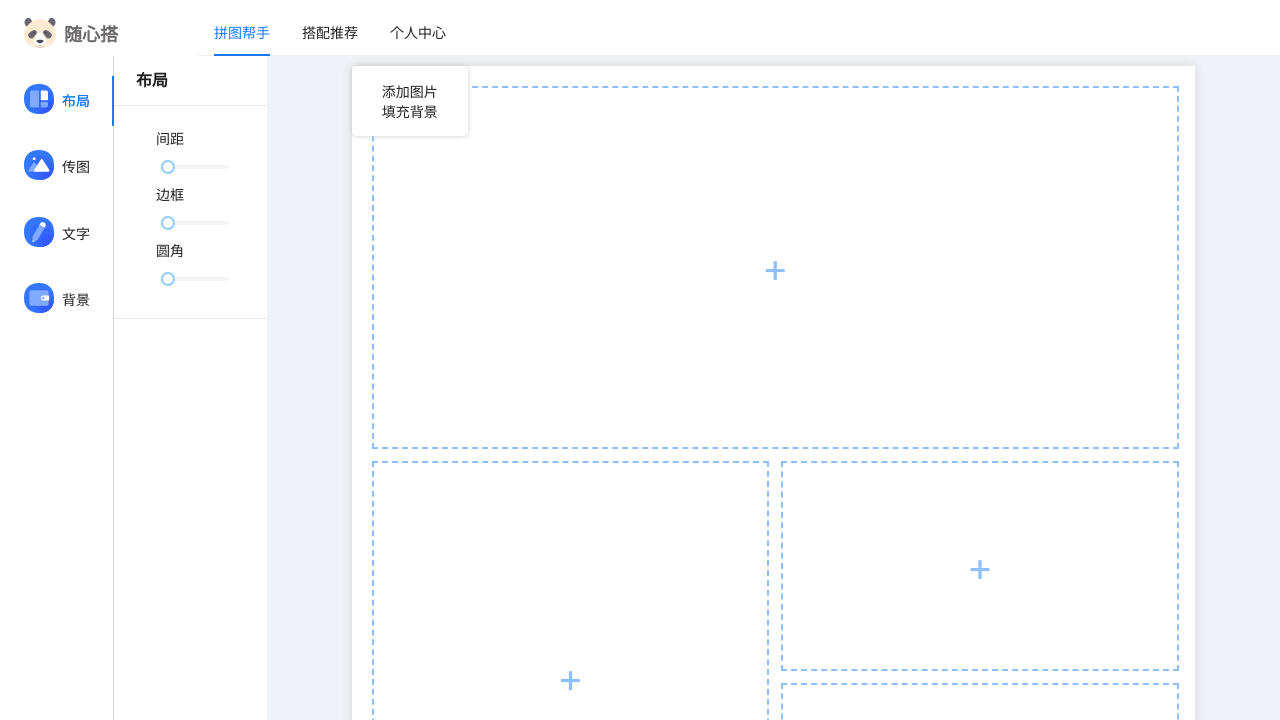
Repository: zzq1101921989/low-code
Page: /
An editor plug-in stored every save of this project. The page is shown before and after the next save, followed by the edit.
The browser window is 1280 px wide. The pictures show the whole page.
The project was rebuilt for these pictures with package versions that can differ from the ones it lists, and the page was loaded fresh each time. Also part of the build but not shown: vite.config.ts, src/pages/admin/index.tsx, src/components/icon/ClothesIcon.tsx, src/components/icon/HairIcon.tsx, src/components/icon/PantsIcon.tsx, src/components/icon/ShoeIcon.tsx, src/pages/recommend/index.tsx.

Above is the page before, as saved 2023-05-10 22:36:33.

After the next save:
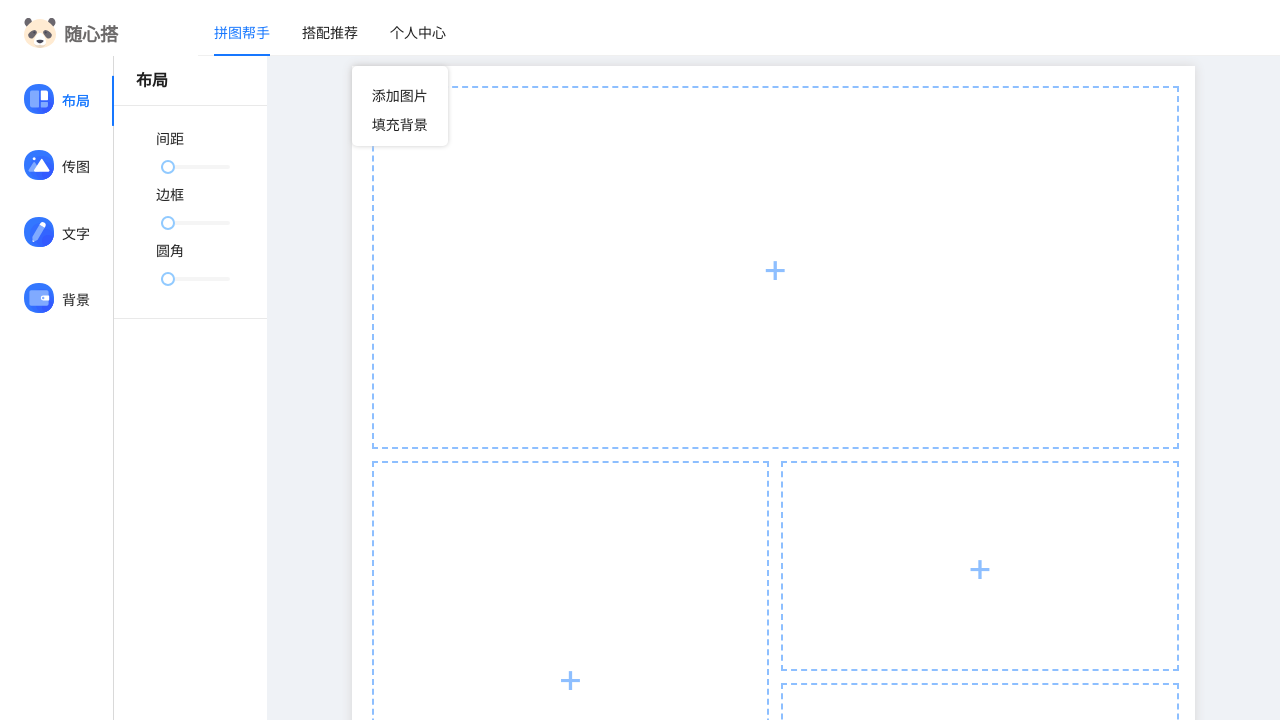
Saved 67 s later.
--- a/src/pages/home/components/contextmenu/index.tsx
+++ b/src/pages/home/components/contextmenu/index.tsx
@@ -8,7 +8,7 @@ const ContextMenu: FC<ContextMenuProps> = (props) => {
     const { } = props;
     return (
         <div className={styles.contextMenu}>
-            <div>添加图片</div>
+            <div className={styles.contextMenuItem}>添加图片</div>
             <div>填充背景</div>
           </div>
       )
--- a/src/pages/home/components/contextmenu/index.module.less
+++ b/src/pages/home/components/contextmenu/index.module.less
@@ -2,8 +2,11 @@
     position: absolute;
     left: 0;
     top: 0;
-    padding: 15px 30px;
+    padding: 12px 20px;
     background-color: #fff;
     box-shadow: 0 0 5px #ccc;
     border-radius: 5px;
+    .contextMenuItem {
+        line-height: 36px;
+    }
 }
